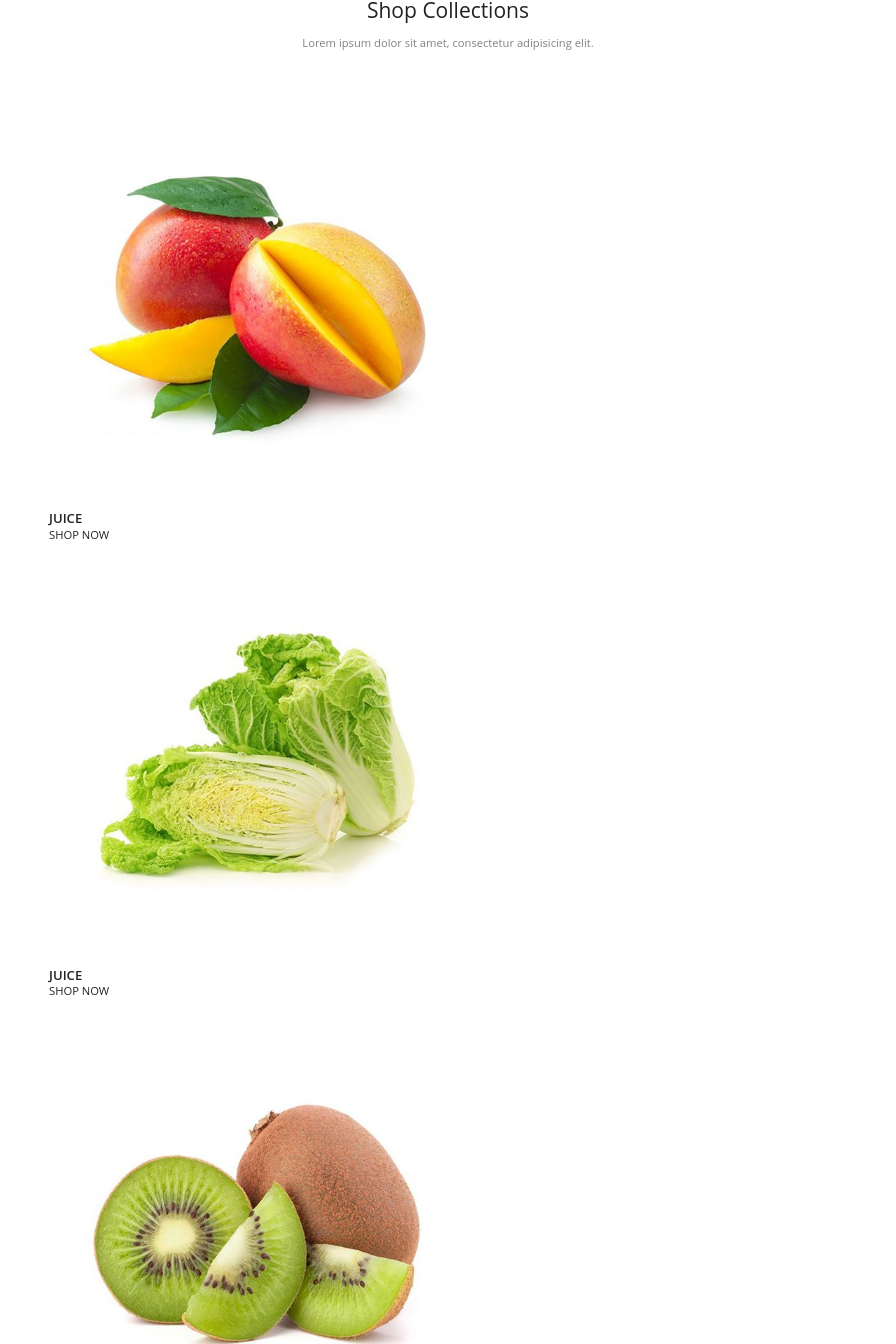
Repository: hoanggiainfomation/hoanggiainfomation.github.io
Page: index.html
The author's editor kept a copy of each file at every save. The page is drawn from the files as they stood at one save, then again after the next save.
The browser window is 1280 px wide. The pictures show the part of the page from y = 826 to 2746 px (the page is 4910 px tall before and 2332 px after), at 70% of full size.
Some web libraries are served in a nearby version.

Above is the page before, as saved 2021-08-17 20:05:41.

### index.html
<!DOCTYPE html>
<html lang="en">
  <head>
    <meta charset="UTF-8" />
    <meta name="viewport" content="width=device-width, initial-scale=1.0" />
    <!-- Favicon -->
    <link rel="shortcut icon" href="./images/favicon.png" type="image/png" />
    <!-- Font Awesome -->
    <link
      rel="stylesheet"
      href="https://cdnjs.cloudflare.com/ajax/libs/font-awesome/5.15.1/css/all.min.css"
    />
    <!-- ======== Swiper Js ======= -->
    <link
      rel="stylesheet"
      href="https://cdnjs.cloudflare.com/ajax/libs/Swiper/6.7.5/swiper-bundle.min.css"
    />

    <!-- Boxicons -->
    <link
      href="https://unpkg.com/boxicons@2.0.8/css/boxicons.min.css"
      rel="stylesheet"
    />
    <!-- Custom StyleSheet -->
    <link rel="stylesheet" href="./styles.css" />
    <title>Codevo - Ecommerce Website</title>
  </head>
  <body>
    <!-- Navigation -->
    <nav class="nav">
      <div class="wrapper container">
        <div class="logo">
          <a href="">
            <img src="./images/logo.png" alt="" />
          </a>
        </div>
        <ul class="nav-list show">
          <div class="top">
            <label for="" class="btn close-btn"
              ><i class="fas fa-times"></i
            ></label>
          </div>
          <li><a href="index.html">Home</a></li>
          <li><a href="products.html">Products</a></li>
          <li>
            <a href="" class="desktop-item"
              >Shop <span><i class="fas fa-chevron-down"></i></span
            ></a>
            <input type="checkbox" id="showMega" />
            <label for="showMega" class="mobile-item"
              >Shop <span><i class="fas fa-chevron-down"></i></span
            ></label>
            <div class="mega-box">
              <div class="content">
                <div class="row">
                  <img src="./images/nav.png" alt="" />
                </div>
                <div class="row">
                  <header>Shop Layout</header>
                  <ul class="mega-links">
                    <li><a href="#">Shop With Background</a></li>
                    <li><a href="#">Shop Mini Categories</a></li>
                    <li><a href="#">Shop Only Categories</a></li>
                    <li><a href="#">Shop Icon Categories</a></li>
                  </ul>
                </div>
                <div class="row">
                  <header>Filter Layout</header>
                  <ul class="mega-links">
                    <li><a href="#">Sidebar</a></li>
                    <li><a href="#">Filter Default</a></li>
                    <li><a href="#">Filter Drawer</a></li>
                    <li><a href="#">Filter Dropdown</a></li>
                  </ul>
                </div>
                <div class="row">
                  <header>Product Layout</header>
                  <ul class="mega-links">
                    <li><a href="#">Layout Zoom</a></li>
                    <li><a href="#">Layout Sticky</a></li>
                    <li><a href="#">Layout Sticky 2</a></li>
                    <li><a href="#">Layout Scroll</a></li>
                  </ul>
                </div>
              </div>
            </div>
          </li>
          <li><a href="">Blog</a></li>
          <li>
            <a href="" class="desktop-item"
              >Vendors <span><i class="fas fa-chevron-down"></i></span
            ></a>
            <input type="checkbox" id="showdrop1" />
            <label for="showdrop1" class="mobile-item"
              >Vendors <span><i class="fas fa-chevron-down"></i></span
            ></label>
            <ul class="drop-menu1">
              <li><a href="">Vendor Store listings</a></li>
              <li><a href="">Store Details</a></li>
            </ul>
          </li>

          <li>
            <a href="" class="desktop-item"
              >Page <span><i class="fas fa-chevron-down"></i></span
            ></a>
            <input type="checkbox" id="showdrop2" />
            <label for="showdrop2" class="mobile-item"
              >Page <span><i class="fas fa-chevron-down"></i></span
            ></label>
            <ul class="drop-menu2">
              <li><a href="">About</a></li>
              <li><a href="">Contact</a></li>
              <li><a href="">Faq</a></li>
              <li><a href="">Page 404</a></li>
            </ul>
          </li>
          <!-- icons -->
          <li class="icons">
            <a href="cart.html">
              <span>
                <img src="./images/shoppingBag.svg" alt="" />
                <small class="count d-flex">0</small>
              </span>
            </a>
            <span><img src="./images/search.svg" alt="" /></span>
          </li>
        </ul>
        <label for="" class="btn open-btn"><i class="fas fa-bars"></i></label>
      </div>
    </nav>
    <!-- Hero -->
    <div class="hero">
      <div class="row">
        <!-- Swiper -->
        <div class="swiper-container slider-1">
          <div class="swiper-wrapper">
            <div class="swiper-slide">
              <img src="./images/hero-1.png" alt="" />
              <div class="content">
                <h1>
                  Super market vegbox
                  <br />
                  start from
                  <span>$9</span>
                </h1>
                <p>
                  Lorem, ipsum dolor sit amet consectetur adipisicing elit. Ad
                  facilis architecto iste quidem maiores debitis laboriosam eum
                  cupiditate tempore cum distinctio alias vero, quasi sequi,
                  neque quisquam. Id, necessitatibus culpa.
                </p>
                <a href="">Shop Now</a>
              </div>
            </div>
            <div class="swiper-slide">
              <img src="./images/hero-2.png" alt="" />
              <div class="content">
                <h1>
                  You first Order
                  <br />
                  start from
                  <span>20% off</span>
                  at Juice
                </h1>
                <p>
                  Lorem, ipsum dolor sit amet consectetur adipisicing elit. Ad
                  facilis architecto iste quidem maiores debitis laboriosam eum
                  cupiditate tempore cum distinctio alias vero, quasi sequi,
                  neque quisquam. Id, necessitatibus culpa.
                </p>
                <a href="">Shop Now</a>
              </div>
            </div>
            <div class="swiper-slide">
              <img src="./images/hero-3.png" alt="" />
              <div class="content">
                <h1>
                  Super market vegbox
                  <br />
                  start from
                  <span>$9</span>
                </h1>
                <p>
                  Lorem, ipsum dolor sit amet consectetur adipisicing elit. Ad
                  facilis architecto iste quidem maiores debitis laboriosam eum
                  cupiditate tempore cum distinctio alias vero, quasi sequi,
                  neque quisquam. Id, necessitatibus culpa.
                </p>
                <a href="">Shop Now</a>
              </div>
            </div>
          </div>
          <!-- <div class="swiper-button-next"></div>
        <div class="swiper-button-prev"></div> -->
        </div>
      </div>
      <!-- Carousel Navigation -->
      <div class="arrows d-flex">
        <div class="swiper-prev d-flex">
          <i class="bx bx-chevrons-left swiper-icon"></i>
        </div>
        <div class="swiper-next d-flex">
          <i class="bx bx-chevrons-right swiper-icon"></i>
        </div>
      </div>
    </div>
    <!-- Collertions -->
    <section class="section collection">
      <div class="title">
        <h2>Shop Collections</h2>
        <span>Lorem ipsum dolor sit amet, consectetur adipisicing elit.</span>
      </div>
      <div class="collection-layout container">
        <div class="collection-item">
          <img src="./images/product-1.jpg" alt="" />
          <div class="collection-content">
            <h3>JUICE</h3>
            <a href="">SHOP NOW</a>
          </div>
        </div>
        <div class="collection-item">
          <img src="./images/product-2.jpg" alt="" />
          <div class="collection-content">
            <h3>JUICE</h3>
            <a href="">SHOP NOW</a>
          </div>
        </div>
        <div class="collection-item">
          <img src="./images/product-3.jpg" alt="" />
          <div class="collection-content">
            <h3>JUICE</h3>
            <a href="">SHOP NOW</a>
          </div>
        </div>
        <div class="collection-item">
          <img src="./images/product-4.jpg" alt="" />
          <div class="collection-content">
            <h3>JUICE</h3>
            <a href="">SHOP NOW</a>
          </div>
        </div>
        <div class="collection-item">
          <img src="./images/product-5.jpg" alt="" />
          <div class="collection-content">
            <h3>JUICE</h3>
            <a href="">SHOP NOW</a>
          </div>
        </div>
        <div class="collection-item">
          <img src="./images/product-6.jpg" alt="" />
          <div class="collection-content">
            <h3>JUICE</h3>
            <a href="">SHOP NOW</a>
          </div>
        </div>
      </div>
    </section>
    <!-- ======== SwiperJS ======= -->
    <script src="https://cdnjs.cloudflare.com/ajax/libs/Swiper/6.7.5/swiper-bundle.min.js"></script>
    <!-- Custom Scripts -->
    <script src="./js/slider.js"></script>
    <script src="./js/index.js"></script>
  </body>
</html>

### styles.css
:root {
  --primary: #69ae14;
  --white: #fff;
  --black: #222;
  --grey1: #3a3b3c;
  --grey2: #828282;
}

*,
*::before,
*::after {
  margin: 0;
  padding: 0;
  box-sizing: inherit;
}

@import url("https://fonts.googleapis.com/css2?family=Open+Sans:wght@400;600;700&display=swap");

html {
  box-sizing: border-box;
  font-size: 62.5%;
}

body {
  font-family: "Open Sans", sans-serif;
  font-size: 1.6rem;
  background-color: var(--white);
  color: var(--black);
  font-weight: 400;
}

h1,
h2,
h3,
h4,
h5 {
  font-weight: 600;
}

a {
  text-decoration: none;
  color: inherit;
}

li {
  list-style: none;
}

.container {
  max-width: 114rem;
  margin: 0 auto;
}

@media (max-width: 1200px) {
  .container {
    padding: 0 3rem;
  }
}

@media (max-width: 768px) {
  .container {
    max-width: 60rem;
  }
}

.d-flex {
  display: flex;
  align-items: center;
}

nav {
  position: fixed;
  top: 0;
  left: 0;
  width: 100%;
  z-index: 999;
  background-color: var(--white);
  height: 8rem;
  line-height: 8rem;
}

.nav.fix-nav {
  width: 100%;
  box-shadow: 0 5px 15px rgba(0, 0, 0, 0.3);
  z-index: 999;
}

nav .wrapper {
  display: flex;
  align-items: center;
  justify-content: space-between;
  position: relative;
  height: 100%;
}

.wrapper .logo {
  height: 100%;
}

.wrapper .logo a {
  display: flex;
  align-items: center;
  justify-content: center;
  height: 100%;
}

.wrapper .nav-list {
  display: inline-flex;
}

.nav-list li i {
  color: var(--grey2);
}
/* .nav-list li i::after {
  content: "";
  position: absolute;
  top: 0;
  right: 0;
  width: 10px;
  height: 10px;
} */

.nav-list a {
  color: var(--black);
  font-size: 1.5rem;
  padding: 0.9rem 1.5rem;
  border-radius: 0.5rem;
  transition: all 300ms ease;
}

.nav-list li a:hover {
  color: var(--primary);
}

.nav-list .drop-menu1,
.nav-list .drop-menu2 {
  box-shadow: 0 0 2px rgba(0, 0, 0, 0.1);
  width: 20rem;
  top: 8.5rem;
  line-height: 4.5rem;
  position: absolute;
  background-color: var(--white);
  opacity: 0;
  visibility: hidden;
  transition: all 300ms ease;
}

.nav-list .drop-menu1 li a,
.nav-list .drop-menu2 li a {
  display: block;
  font-size: 1.5rem;
  width: 100%;
  padding: 0 0 0 1.5rem;
  border-radius: 0;
  color: var(--grey2);
}

.nav-list .drop-menu1 li a:hover,
.nav-list .drop-menu2 li a:hover {
  color: var(--primary);
}

.nav-list li:hover .drop-menu1,
.nav-list li:hover .drop-menu2,
.nav-list li:hover .mega-box {
  opacity: 1;
  visibility: visible;
  top: 6.5rem;
}

.mega-box {
  box-shadow: 0 0 2px rgba(0, 0, 0, 0.1);
  position: absolute;
  top: 8.5rem;
  left: 0;
  width: 100%;
  padding: 0 3rem;
  background-color: var(--white);
  opacity: 0;
  visibility: hidden;
  transition: all 300ms ease;
}

.mega-box .content {
  padding: 2.5rem 2rem;
  display: flex;
  width: 100%;
  justify-content: space-between;
}

.mega-box .content .row {
  width: calc(25% - 3rem);
  line-height: 4.5rem;
}

.content .row img {
  width: 100%;
  height: 100%;
  object-fit: cover;
}

.content .row header {
  font-size: 1.6rem;
  font-weight: 700;
  color: var(--grey1);
}

.content .row .mega-links {
  border-left: 1px solid rgba(255, 255, 255, 0.09);
  margin-left: -4rem;
}

.content .row li {
  padding: 0 2rem;
}

.content .row li a {
  padding: 0 2rem;
  display: block;
  font-size: 1.5rem;
  color: var(--grey2);
}

.content .row li a:hover {
  color: var(--primary);
}

.nav-list .mobile-item {
  display: none;
}

.nav-list input {
  display: none;
}

.wrapper .btn {
  color: var(--white);
  font-size: 2rem;
  cursor: pointer;
  display: none;
}

.nav-list .icons span {
  display: inline-block;
  margin: 0.5rem 1rem 0 0;
  position: relative;
}

.nav-list .icons a {
  padding: 0;
  display: inline-block;
}

.nav-list .icons .count {
  justify-content: center;
  position: absolute;
  top: 0.8rem;
  right: -0.8rem;
  background-color: var(--primary);
  height: 2rem;
  padding: 0.5rem;
  color: var(--white);
  font-weight: 700;
  border-radius: 50%;
}

@media (max-width: 968px) {
  .wrapper .nav-list {
    position: fixed;
    top: 0;
    left: -100%;
    height: 100%;
    width: 100%;
    max-width: 35rem;
    background-color: var(--white);
    display: block;
    overflow-y: auto;
    line-height: 5rem;
    box-shadow: 0 1.5rem 1.5rem rgba(0, 0, 0, 0.1);
    transition: all 300ms linear;
  }

  .wrapper .nav-list.show {
    left: 0;
  }

  .nav-list li {
    margin: 1.5rem 1rem;
  }

  .nav-list a {
    display: block;
    font-size: 1.8rem;
    padding: 0 2rem;
    color: var(--black);
  }

  .nav-list .drop-menu1,
  .nav-list .drop-menu2 {
    position: static;
    opacity: 1;
    visibility: visible;
    top: 6.5rem;
    padding-left: 2rem;
    width: 100%;
    max-height: 0;
    overflow: hidden;
  }

  #showdrop1:checked ~ .drop-menu1,
  #showdrop2:checked ~ .drop-menu2,
  #showMega:checked ~ .mega-box {
    max-height: 100%;
  }

  .nav-list .drop-menu1 li,
  .nav-list .drop-menu2 li {
    margin: 0;
  }

  .nav-list .drop-menu1 li a,
  .nav-list .drop-menu2 li a {
    color: var(--grey2);
    font-size: 1.5rem;
  }

  .nav-list .desktop-item {
    display: none;
  }

  .nav-list .mobile-item {
    display: block;
    font-size: 1.8rem;
    padding-left: 2rem;
    color: var(--black);
    cursor: pointer;
    border-radius: 0.5rem;
  }

  .nav-list .mobile-item:hover {
    color: var(--primary);
  }

  .mega-box {
    position: static;
    top: 6.5rem;
    padding: 0 2rem;
    opacity: 1;
    visibility: visible;
    max-height: 0;
    overflow: hidden;
    transition: all 300ms ease;
  }

  .mega-box .content {
    flex-direction: column;
    padding: 2rem 2rem 0 2rem;
  }

  .mega-box .content .row {
    width: 100%;
    border-top: 1px solid rgba(255, 255, 255, 0.09);
    margin-bottom: 1.5rem;
  }

  .content .row:nth-child(1),
  .content .row:nth-child(2) {
    border-top: 0;
  }

  .content .row .mega-links {
    border-left: 0;
    padding-left: 2rem;
  }

  .row .mega-links li {
    margin: 0;
  }

  .wrapper .btn {
    display: block;
    color: var(--black);
  }

  .nav-list .top {
    position: relative;
    display: block;
    background-color: var(--primary);
    width: 100%;
    height: 8rem;
  }

  .nav-list .close-btn {
    position: absolute;
    top: 1.5rem;
    right: 2.5rem;
    color: var(--white);
  }

  .nav-list .icons {
    padding-left: 2rem;
  }
}
/* Hero */
.hero {
  height: 100vh;
  position: relative;
  overflow: hidden;
}

.swiper-container,
.hero .row {
  width: 100%;
  height: 100%;
}

.hero .row {
  position: relative;
}

.hero .row img {
  height: 100%;
  width: 100%;
  object-fit: cover;
}

.hero .row .content {
  position: absolute;
  top: 50%;
  left: 80px;
  transform: translateY(-50%);
}

.hero .row .content h1 {
  line-height: 1.2;
  font-size: 5rem;
  font-weight: 700;
}

.hero .row .content span {
  color: var(--primary);
}

.hero .row .content p {
  margin: 1rem 0 1rem;
  width: 70%;
}

.hero .row .content a {
  display: inline-block;
  color: var(--white);
  background-color: var(--primary);
  border-radius: 5px;
  padding: 1rem 2.5rem;
  margin-top: 2rem;
}

.swiper-slide-active .content h1 {
  animation: movebottom 1s ease-in-out;
}

.swiper-slide-active .content a {
  animation: movetop 1s ease-in-out;
}

.swiper-slide-active .content p {
  animation: moveleft 1s ease-in-out;
}
@keyframes movebottom {
  0% {
    transform: translateY(-100px);
    opacity: 0;
  }
  100% {
    transform: translateY(0px);
    opacity: 1;
  }
}
@keyframes movetop {
  0% {
    transform: translateY(-100px);
    opacity: 0;
  }
  100% {
    transform: translateY(0px);
    opacity: 1;
  }
}
@keyframes moveleft {
  0% {
    transform: translateX(-100px);
    opacity: 0;
  }
  100% {
    transform: translateX(0px);
    opacity: 1;
  }
}
.hero .arrows {
  position: absolute;
  top: 50%;
  transform: translateY(-50%);
  width: 100%;
  z-index: 10;
  visibility: hidden;
  transition: all 500ms ease-in-out;
}
.hero:hover .arrows {
  visibility: visible;
  opacity: 1;
}
.arrows .swiper-prev,
.arrows .swiper-next {
  position: absolute;
  padding: 0.5rem 0.7rem;
  background-color: var(--primary);
  border-radius: 5px;
  color: var(--white);
  cursor: pointer;
}
.arrows .swiper-prev {
  left: 20px;
}
.arrows .swiper-next {
  right: 20px;
}
@media screen and (max-width: 567px) {
  .hero .row .content {
    left: 20px;
  }
  .hero .row .content h1 {
    font-size: 3rem;
  }
  .hero .row .content p {
    width: 80%;
  }
}
/* Collection */
section {
  padding: 10rem 0 5rem 0;
  overflow: hidden;
}
section .title {
  text-align: center;
  margin-bottom: 5rem;
}
section .title h2 {
  font-size: 3rem;
  font-weight: 400;
  margin-bottom: 1.5rem;
}
section .title span {
  color: var(--grey2);
}

### js/slider.js
const swiper1 = new Swiper(".slider-1", {
  autuplay: {
    delay: 3500,
    disableOnInteraction: false,
  },
  grapbCursor: true,
  effect: "fade",
  loop: true,
  navigator: {
    nextEl: ".swiper-next",
    pervEl: ".swiper-prev",
  },
});

### js/index.js
const openNav = document.querySelector(".open-btn");
const closeNav = document.querySelector(".close-btn");
const menu = document.querySelector(".nav-list");

openNav.addEventListener("click", () => {
  menu.classList.add("show");
});
closeNav.addEventListener("click", () => {
  menu.classList.remove("show");
});

After the next save:
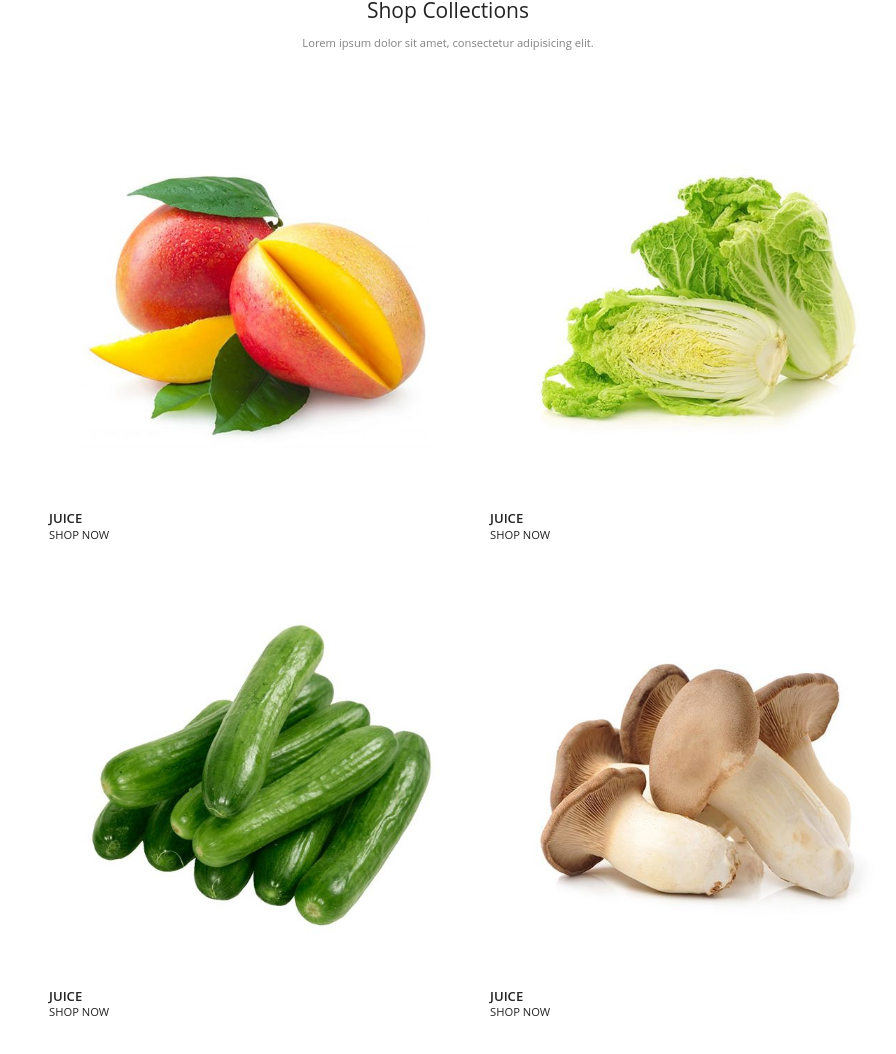
Saved 112 s later.
--- a/styles.css
+++ b/styles.css
@@ -552,3 +552,13 @@ section .title h2 {
 section .title span {
   color: var(--grey2);
 }
+.collection-layout {
+  display: grid;
+  grid-template-columns: repeat(3, 1fr);
+  gap: 3rem;
+}
+.collection-item {
+  height: 100%;
+  width: 100%;
+  transition: all 500ms ease-in-out;
+}
